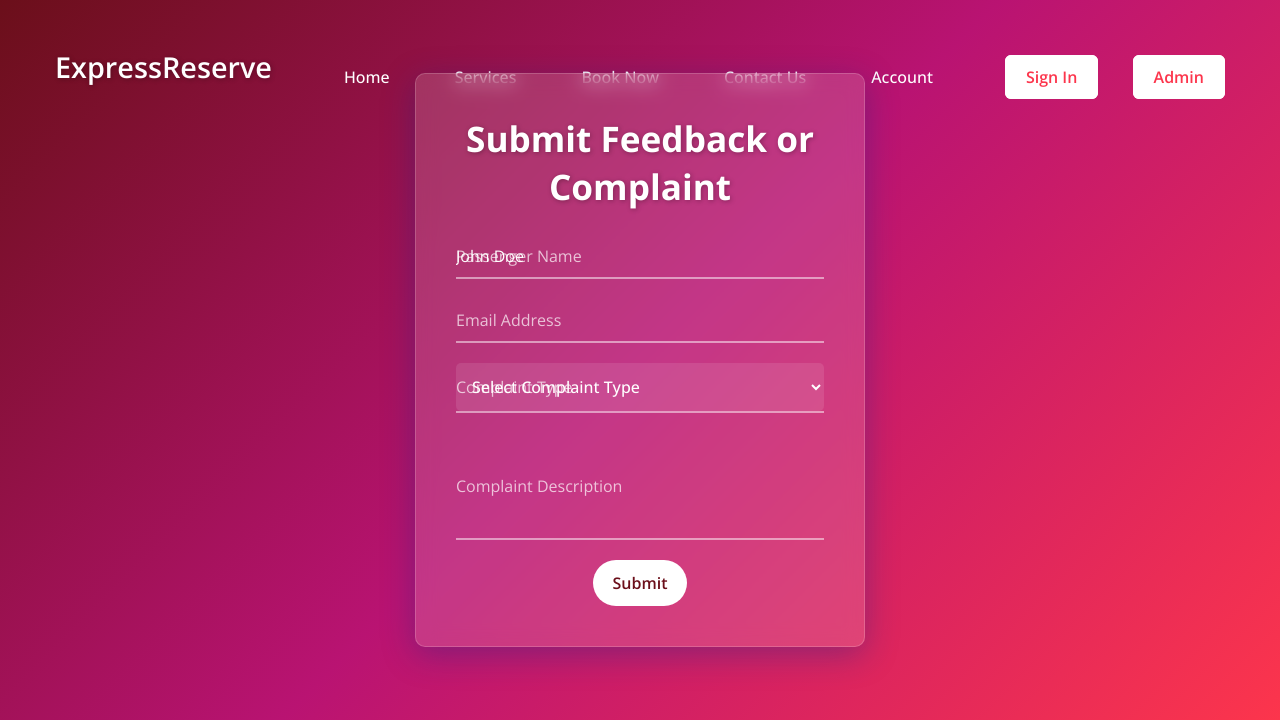
Repository: AmodhyaSharinda/Train-Reservation-system
Page: http://localhost/Train_reserve/ContactUs.jsp
The author's editor kept a copy of each file at every save. The page is drawn from the files as they stood at one save, then again after the next save.
The browser window is 1280 px wide. The pictures show the whole page.
The page is served by Tomcat 9.

Above is the page before, as saved 2024-10-08 07:57:13.

After the next save:
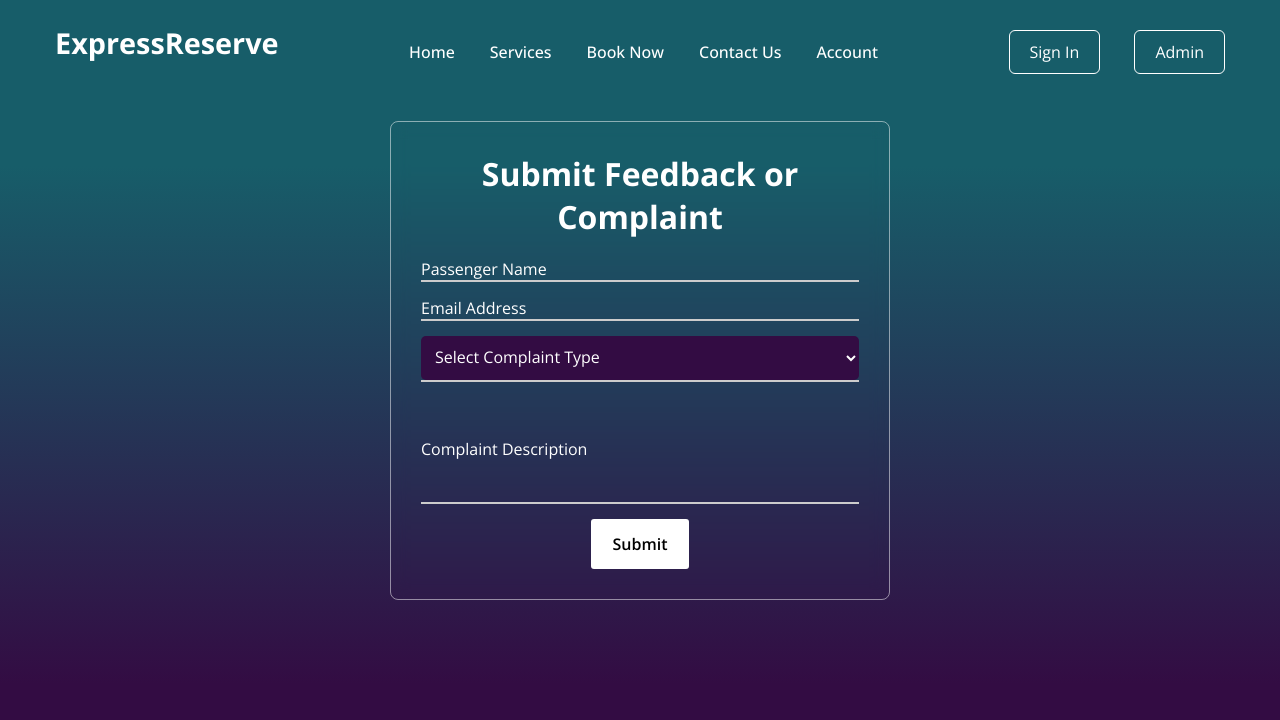
Saved 34 s later.
--- a/Train reserve/src/main/webapp/ContactUs.jsp
+++ b/Train reserve/src/main/webapp/ContactUs.jsp
@@ -6,15 +6,15 @@
     <title>Feedback - Online Train Reservation System</title>
     <link rel="stylesheet" href="home.css">
     <style>
-        /* Importing Google Fonts */
+        /* Existing styles retained */
         @import url("https://fonts.googleapis.com/css2?family=Open+Sans:wght@300;400;500;600;700&display=swap");
 
         * {
-            margin: 0;
-            padding: 0;
-            box-sizing: border-box;
-            font-family: "Open Sans", sans-serif;
-        }
+		  margin: 0;
+		  padding: 0;
+		  box-sizing: border-box;
+		  font-family: "Open Sans", sans-serif;
+		}
 
         body {
             display: flex;
@@ -23,32 +23,30 @@
             min-height: 100vh;
             width: 100%;
             padding: 0 10px;
-            background: linear-gradient(135deg, #6B0F1A 0%, #B91372 50%, #FC354C 100%);
+  			background: linear-gradient(to bottom, #175d69 23%, #330c43 95%);
+            position: relative;
         }
 
         .wrapper {
-            width: 450px;
-            padding: 40px;
-            border-radius: 10px;
-            background: rgba(255, 255, 255, 0.15);
-            box-shadow: 0 8px 32px 0 rgba(31, 38, 135, 0.37);
-            backdrop-filter: blur(10px);
-            -webkit-backdrop-filter: blur(10px);
-            border: 1px solid rgba(255, 255, 255, 0.18);
+            width: 500px;
+            border-radius: 8px;
+            padding: 30px;
             text-align: center;
+            border: 1px solid rgba(255, 255, 255, 0.5);
+            backdrop-filter: blur(8px);
+            -webkit-backdrop-filter: blur(8px);
         }
 
         h2 {
-            font-size: 2.2rem;
-            margin-bottom: 25px;
+            font-size: 2rem;
+            margin-bottom: 20px;
             color: #fff;
-            text-shadow: 1px 1px 5px rgba(0, 0, 0, 0.3);
         }
 
         .input-field {
             position: relative;
-            border-bottom: 2px solid rgba(255, 255, 255, 0.5);
-            margin: 20px 0;
+            border-bottom: 2px solid #ccc;
+            margin: 15px 0;
         }
 
         .input-field label {
@@ -56,10 +54,10 @@
             top: 50%;
             left: 0;
             transform: translateY(-50%);
-            color: rgba(255, 255, 255, 0.7);
+            color: #fff;
             font-size: 16px;
             pointer-events: none;
-            transition: 0.2s ease;
+            transition: 0.15s ease;
         }
 
         .input-field input,
@@ -71,7 +69,6 @@
             outline: none;
             font-size: 16px;
             color: #fff;
-            padding: 10px 0;
         }
 
         .input-field textarea {
@@ -80,95 +77,38 @@
         }
 
         .input-field select {
-            background-color: rgba(255, 255, 255, 0.1);
-            padding: 12px;
+            background-color: #330c43;
+            padding: 10px;
             border-radius: 5px;
             cursor: pointer;
-            color: #fff;
-            font-weight: 500;
         }
 
         .input-field input:focus~label,
         .input-field input:valid~label,
         .input-field textarea:focus~label,
-        .input-field textarea:valid~label,
-        .input-field select:focus~label,
-        .input-field select:valid~label {
-            font-size: 0.85rem;
-            top: -10px;
-            color: #fff;
+        .input-field textarea:valid~label {
+            font-size: 0.8rem;
+            top: 10px;
+            transform: translateY(-120%);
         }
 
         button {
-            background-color: #fff;
-            color: #6B0F1A;
+            background: #fff;
+            color: #000;
             font-weight: 600;
             border: none;
             padding: 12px 20px;
-            border-radius: 50px;
             cursor: pointer;
+            border-radius: 3px;
             font-size: 16px;
-            transition: all 0.3s ease;
+            border: 2px solid transparent;
+            transition: 0.3s ease;
         }
 
         button:hover {
-            background-color: #FC354C;
             color: #fff;
-            box-shadow: 0px 4px 15px rgba(252, 53, 76, 0.5);
-        }
-
-        /* Header styling */
-        .header {
-            position: absolute;
-            top: 0;
-            left: 0;
-            width: 100%;
-            background-color: transparent;
-            padding: 20px 40px;
-            box-shadow: none;
-        }
-
-        .navbar {
-            display: flex;
-            justify-content: space-between;
-            align-items: center;
-        }
-
-        .logo a {
-            color: #fff;
-            text-decoration: none;
-            font-size: 1.8rem;
-            font-weight: 600;
-        }
-
-        .navbar .links li {
-            display: inline-block;
-            margin: 0 15px;
-        }
-
-        .navbar .links a {
-            color: #fff;
-            text-decoration: none;
-            font-weight: 500;
-            transition: all 0.3s ease;
-        }
-
-        .navbar .links a:hover {
-            color: #FC354C;
-        }
-
-        .buttons a.signup {
-            background-color: #fff;
-            color: #FC354C;
-            padding: 10px 20px;
-            border-radius: 50px;
-            font-weight: 600;
-            text-decoration: none;
-        }
-
-        .buttons a.signup:hover {
-            background-color: #FC354C;
-            color: #fff;
+            border-color: #fff;
+            background: rgba(255, 255, 255, 0.15);
         }
     </style>
 </head>
@@ -177,16 +117,22 @@
     <header class="header">
         <nav class="navbar">
             <h2 class="logo"><a href="#">ExpressReserve</a></h2>
+            <input type="checkbox" id="menu-toggle" />
+            <label for="menu-toggle" id="hamburger-btn">
+                <svg xmlns="http://www.w3.org/2000/svg" height="24" viewBox="0 0 24 24" width="24">
+                    <path d="M3 12h18M3 6h18M3 18h18" stroke="currentColor" stroke-width="2" stroke-linecap="round"/>
+                </svg>
+            </label>
             <ul class="links">
                 <li><a href="home.jsp">Home</a></li>
                 <li><a href="#">Services</a></li>
                 <li><a href="#">Book Now</a></li>
                 <li><a href="#">Contact Us</a></li>
-                <li><a href="Account.jsp">Account</a></li>
+          		<li><a href="Account.jsp">Account</a></li>
             </ul>
             <div class="buttons">
-                <a href="login.jsp" class="signup">Sign In</a>
-                <a href="#" class="signup">Admin</a>
+	          <a href="login.jsp" class="signup">Sign In</a>
+	          <a href="#" class="signup">Admin</a>
             </div>
         </nav>
     </header>
@@ -196,7 +142,7 @@
         <h2>Submit Feedback or Complaint</h2>
         <form action="SubmitFeedback" method="post">
             <div class="input-field">
-                <input type="text" name="PassengerName" required autocomplete="off" value="John Doe" readonly>
+                <input type="text" name="PassengerName" required autocomplete="off" >
                 <label>Passenger Name</label>
             </div>
             <div class="input-field">
@@ -210,7 +156,6 @@
                     <option value="Station Facilities">Station Facilities</option>
                     <option value="Staff Behavior">Staff Behavior</option>
                 </select>
-                <label>Complaint Type</label>
             </div>
             <div class="input-field">
                 <textarea id="complaintDescription" name="Feedback" required></textarea>
